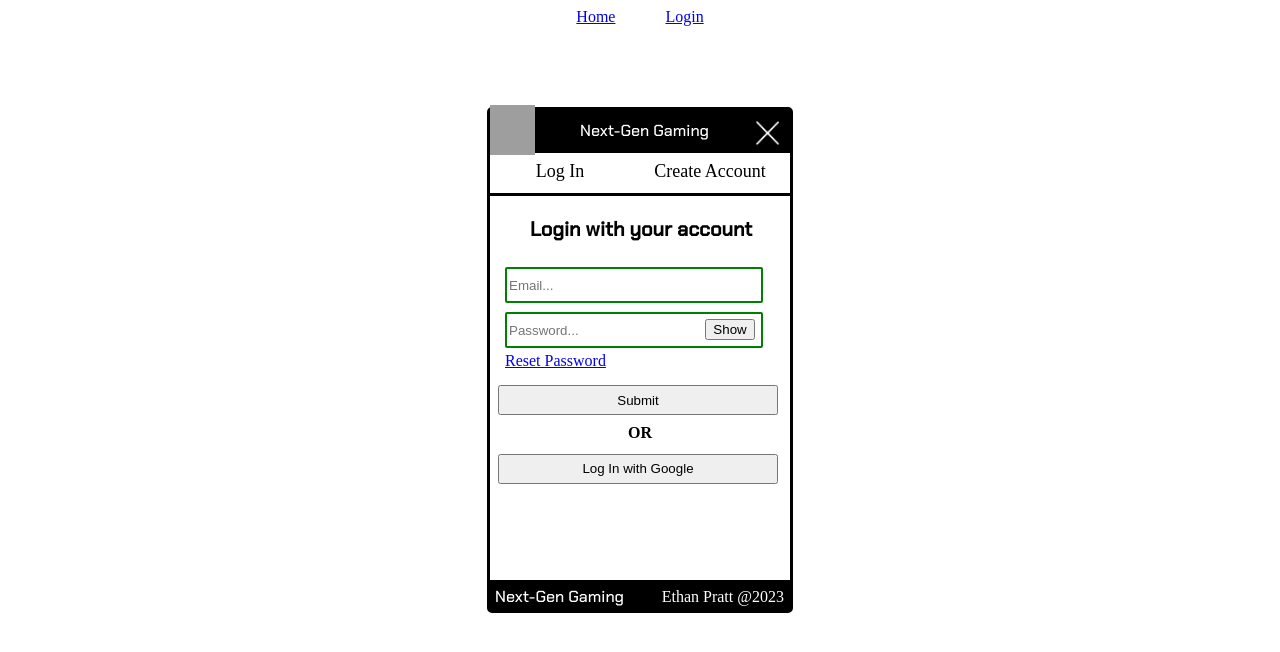
Repository: ghend99/login-page
Page: /login
These files come from the project's save history. The page is drawn as it stood at one moment and after the next save; the edit follows.
The browser window is 1280 px wide. The pictures show the whole page.
Pictures or frames that could not be fetched are drawn as grey boxes. The project was rebuilt for these pictures with package versions that can differ from the ones it lists, and the page was loaded fresh each time. Also part of the build but not shown: src/css/Create2.css, src/pages/Home.tsx, src/css/Create.css, src/pages/Create.tsx, src/pages/Create2.tsx, src/pages/Change.tsx.

Above is the page before, as saved 2023-02-15 11:16:57.

### src/App.tsx
import React from "react";
import { BrowserRouter as Router, Routes, Route, Link } from "react-router-dom";
import "./css/App.css";
import "./css/LogIn.css";
import "./css/Create2.css";
import { Home } from "./pages/Home";
import { Login } from "./pages/Login";
import { Create } from "./pages/Create";
import { Create2 } from "./pages/Create2";
import { Change } from "./pages/Change";
import { Navbar } from "./Navbar";
function App() {
  return (
    <div className="App">
      <Router>
        <Navbar />
        <Routes>
          <Route path="/" element={<Home />} />
          <Route path="/login" element={<Login />} />
          <Route path="/change" element={<Change />} />
          <Route path="/create" element={<Create />} />
          <Route path="/create2" element={<Create2 />} />
        </Routes>
      </Router>
    </div>
  );
}

export default App;

### src/css/App.css
.App {
  text-align: center;
}

.App-logo {
  height: 40vmin;
  pointer-events: none;
}

@media (prefers-reduced-motion: no-preference) {
  .App-logo {
    animation: App-logo-spin infinite 20s linear;
  }
}

.App-header {
  background-color: #282c34;
  min-height: 100vh;
  display: flex;
  flex-direction: column;
  align-items: center;
  justify-content: center;
  font-size: calc(10px + 2vmin);
  color: white;
}

.App-link {
  color: #61dafb;
}

@keyframes App-logo-spin {
  from {
    transform: rotate(0deg);
  }
  to {
    transform: rotate(360deg);
  }
}

button {
  cursor: pointer;
}

### src/css/LogIn.css
@import url("https://fonts.googleapis.com/css2?family=Caveat&family=Chakra+Petch:wght@500&display=swap");

.container {
  position: fixed;
  border: solid;
  border-radius: 5px;
  background-color: white;
  height: 500px;
  width: 10%;
  min-width: 300px;
  top: 50%;
  left: 50%;
  transform: translate(-50%, -50%);
  min-width: none;
}

.login-title {
  left: 50px;
}

.navbar-home {
  margin-right: 50px;
}

.main-link {
  position: relative;
  display: grid;
  grid-template-columns: 1fr 1fr;
  border-bottom: solid;
  padding-top: 5px;
  padding-bottom: 5px;
}

.main-link-login,
.main-link-create-account {
  margin-left: 20px;
  font-size: 12px;
  font-size: 18px;
}

.main-login-title {
  position: relative;
  display: flex;
  left: 40px;
  font-size: 20px;
  margin-top: 20px;
  margin-bottom: 10px;
  font-family: "Chakra Petch";
}

.login {
  position: relative;
  display: flex;
  flex-direction: column;
  justify-content: middle;
  width: 300px;
  left: 5%;
  height: 100px;
}

.login-email {
  position: absolute;
  display: flex;
  height: 30px;
  width: 250px;
  margin-top: 15px;
  border: solid;
  border-color: green;
  border-width: 2.5px;
  border-radius: 2px;
}

.login-email-2 {
  position: absolute;
  display: flex;
  height: 30px;
  width: 250px;
  margin-top: 15px;
  border: solid;
  border-color: orange;
  border-width: 2.5px;
  border-radius: 2px;
}

.login-password {
  position: absolute;
  display: flex;
  margin-top: 40px;
  border: solid;
  height: 30px;
  width: 250px;
  border-width: 2.5px;
  border-radius: 2px;
  border-color: green;
  vertical-align: center;
  top: 20px;
}

.show-password {
  position: relative;
  left: 90px;
  top: -33px;
}

.login-confirm {
  position: relative;
  display: flex;
  justify-content: center;
  width: 280px;
  height: 30px;
  left: -7px;
  top: 100px;
  margin-top: 15px;
  padding-top: 5px;
  padding-bottom: 5px;
  cursor: pointer;
}

.reset-password {
  display: flex;
  position: relative;
  top: 100px;
}

.login-break {
  position: relative;
  display: flex;
  top: 30px;
  justify-content: center;
}

.google-login {
  position: relative;
  display: flex;
  top: 20px;
  width: 280px;
  height: 30px;
  left: 8px;
  justify-content: center;
  padding-top: 5px;
  padding-bottom: 5px;
}

### src/pages/Login.tsx
import "../css/LogIn.css";
import { auth, provider } from "../config/firebase";
import { signInWithPopup } from "firebase/auth";
import { useNavigate, Link } from "react-router-dom";
import { useForm } from "react-hook-form";
import { useState } from "react";
import { Header } from "../components/Header";
import { Footer } from "../components/Footer";
import { MainLink } from "../components/MainLink";
export const Login = () => {
  const navigate = useNavigate();
  const signInWithGoogle = async () => {
    const result = await signInWithPopup(auth, provider);
  };
  const { register, handleSubmit } = useForm();

  const onSubmit = (data: any) => {
    console.log(data);
  };

  const [inputType, setInputType] = useState("password");

  const toggleInput = () => {
    setInputType(inputType === "password" ? "text" : "password");
  };

  const resetPassword = () => {
    navigate("/change");
  };

  const createAccount = () => {
    navigate("/create");
  };

  const [style, setStyle] = useState("login-email");

  const changeStyle = () => {
    setStyle("login-email-2");
  };

  return (
    <div>
      <div className="container">
        <Header />
        <main>
          <MainLink />
          <h3 className="main-login-title">Login with your account</h3>
          <form className="login" onSubmit={handleSubmit(onSubmit)}>
            <input
              onClick={changeStyle}
              className="login-email"
              type="text"
              placeholder="Email..."
              {...register("email")}
            />
            <input
              className="login-password"
              type={inputType}
              placeholder="Password..."
              {...register("password")}
            />
            <Link className="reset-password" to="/change">
              Reset Password
            </Link>
            <input
              className="login-confirm"
              type="submit"
              placeholder="Log In"
            />
          </form>
          <button className="show-password" onClick={toggleInput}>
            Show
          </button>
          <h4 className="login-break"> OR</h4>
          <button className="google-login" onClick={signInWithGoogle}>
            Log In with Google
          </button>
        </main>
        <Footer />
      </div>
    </div>
  );
};

### src/Navbar.tsx
import { Link } from "react-router-dom";

export const Navbar = () => {
  return (
    <div>
      <Link to="/" className="navbar-home">
        Home
      </Link>
      <Link to="/login">Login</Link>
    </div>
  );
};

### src/config/firebase.ts
// Import the functions you need from the SDKs you need
import { initializeApp } from "firebase/app";
import { getAuth, GoogleAuthProvider } from "firebase/auth";

// TODO: Add SDKs for Firebase products that you want to use
// https://firebase.google.com/docs/web/setup#available-libraries

// Your web app's Firebase configuration
// For Firebase JS SDK v7.20.0 and later, measurementId is optional
const firebaseConfig = {
  apiKey: "AIzaSyD2C0XgigMOWneH4vUZKvD1y3zBUuPgBrU",
  authDomain: "login-page-931f9.firebaseapp.com",
  projectId: "login-page-931f9",
  storageBucket: "login-page-931f9.appspot.com",
  messagingSenderId: "785462935320",
  appId: "1:785462935320:web:89646353e1f2ec17e1a86d",
  measurementId: "G-4YVBP86CT1",
};

// Initialize Firebase
const app = initializeApp(firebaseConfig);
export const auth = getAuth(app);
export const provider = new GoogleAuthProvider();

### src/components/Header.tsx
import "../css/Header.css";

export const Header = () => {
  return (
    <div className="header">
      <img className="header-logo" src={require("../images/logo.png")} />
      <p className="header-title">Next-Gen Gaming</p>
      <img className="header-close" src={require("../images/Close.png")} />
    </div>
  );
};

### src/components/Footer.tsx
import "../css/Footer.css";

export const Footer = () => {
  return (
    <div className="footer">
      <p className="footer-title">Next-Gen Gaming</p>
      <p className="footer-certification">Ethan Pratt @2023</p>
    </div>
  );
};

### src/components/MainLink.tsx
import { Link } from "react-router-dom";
import "../css/MainLink.css";

export const MainLink = () => {
  return (
    <div className="main-link">
      <Link className="main-link-login" to="/login">
        Log In
      </Link>
      <Link className="main-link-create-account" to="/create">
        Create Account
      </Link>
    </div>
  );
};

### src/css/Header.css
.header {
  position: relative;
  height: 40px;
  border-bottom: solid;
  background-color: black;
}

.header-logo {
  position: absolute;
  display: flex;
  top: -5px;
  height: 50px;
  width: 15%;
}

.header-title {
  position: absolute;
  display: flex;
  margin: 0;
  justify-content: center;
  left: 30%;
  top: 10px;
  font-family: "Chakra Petch";
  color: white;
}

.header-close {
  position: absolute;
  display: flex;
  right: 10px;
  top: 0;
  padding-top: 10px;
  padding-bottom: 10px;
  width: 25px;
  cursor: pointer;
}

### src/css/Footer.css
.footer {
  position: fixed;
  height: 30px;
  background-color: black;
  bottom: 0;
  left: 0;
  right: 0;
}

.footer-title {
  position: absolute;
  display: flex;
  left: 5px;
  top: -10px;
  font-family: "Chakra Petch";
  color: white;
}

.footer-certification {
  position: absolute;
  display: flex;
  top: -8px;
  right: 6px;
  color: white;
}

### src/css/MainLink.css
.main-link {
  position: relative;
  display: grid;
  grid-template-columns: 1fr 1fr;
  border-bottom: solid;
  padding-top: 5px;
  padding-bottom: 5px;
  height: 30px;
}

.main-link-login {
  position: absolute;
  display: flex;
  left: 20px;
  margin-left: 20px;
  font-size: 12px;
  font-size: 18px;
  width: 60px;
  justify-content: center;
  padding-top: 8px;
  padding-bottom: 8px;
  text-decoration: none;
  color: black;
}

.main-link-login:hover,
.main-link-create-account:hover {
  border-bottom: solid;
  border-color: black;
}

.main-link-create-account {
  margin-right: 20px;
  font-size: 12px;
  font-size: 18px;
  position: absolute;
  display: flex;
  width: 120px;
  right: 0;
  justify-content: center;
  padding-top: 8px;
  padding-bottom: 8px;
  text-decoration: none;
  color: black;
}

Loaded but not shown: public/index.html (common file); src/index.tsx (common file)

After the next save:
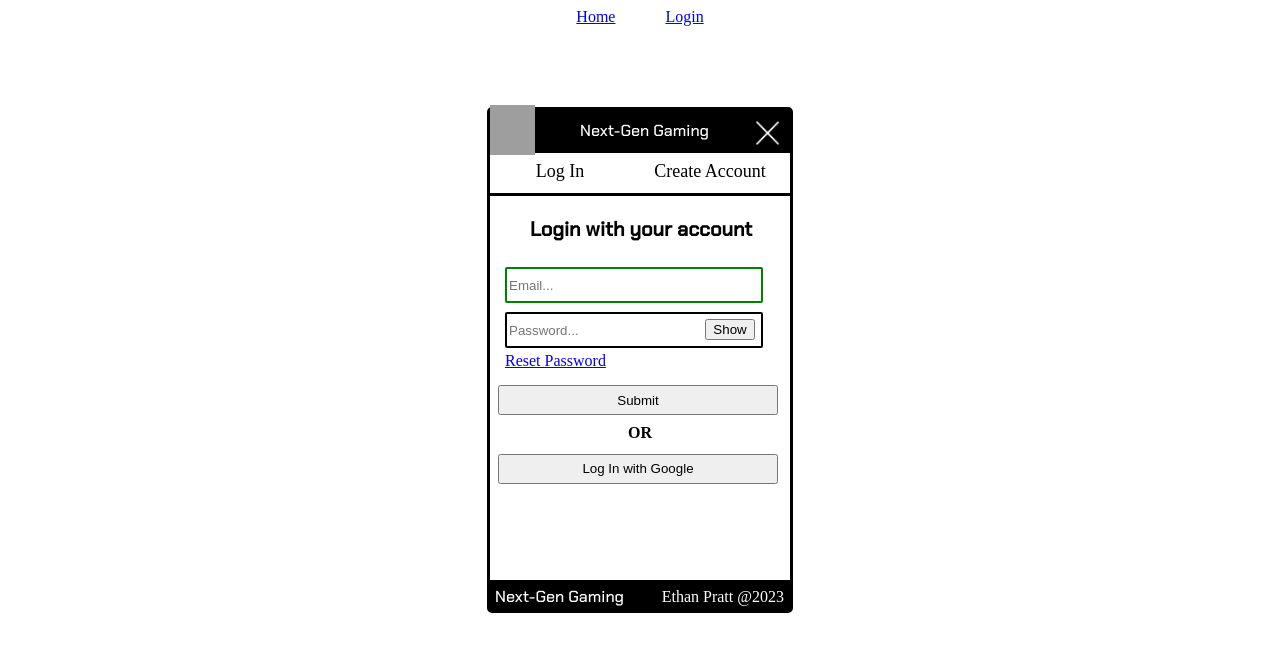
Saved 76 s later.
--- a/src/css/LogIn.css
+++ b/src/css/LogIn.css
@@ -91,7 +91,7 @@
   width: 250px;
   border-width: 2.5px;
   border-radius: 2px;
-  border-color: green;
+
   vertical-align: center;
   top: 20px;
 }
